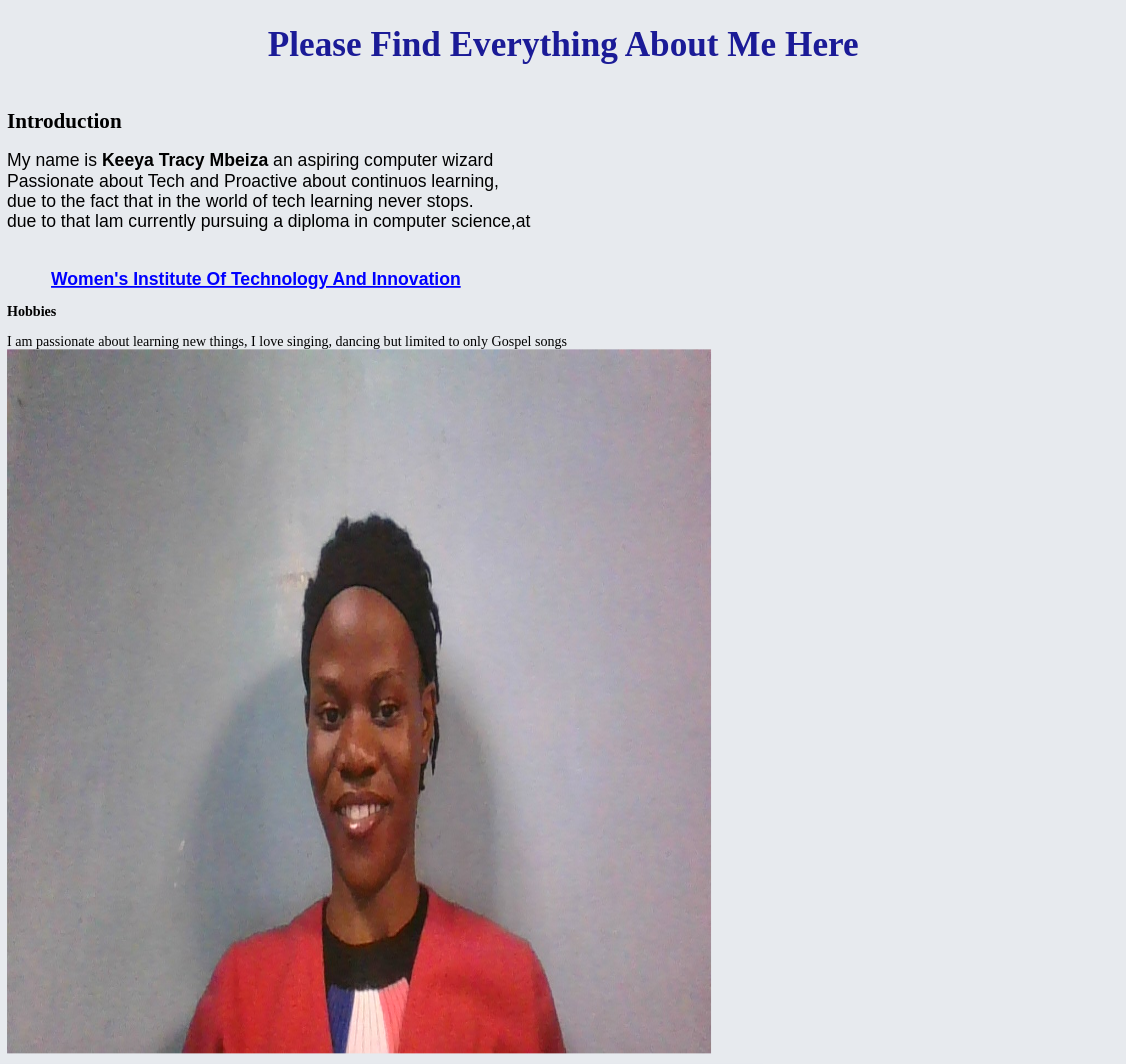
Repository: tracykeeya/my_first_web
Page: index.html
The author's editor kept a copy of each file at every save. The page is drawn from the files as they stood at one save, then again after the next save.
The browser window is 1280 px wide. The pictures show the whole page, at 88% of full size.

Above is the page before, as saved 2025-11-03 11:40:02.

After the next save:
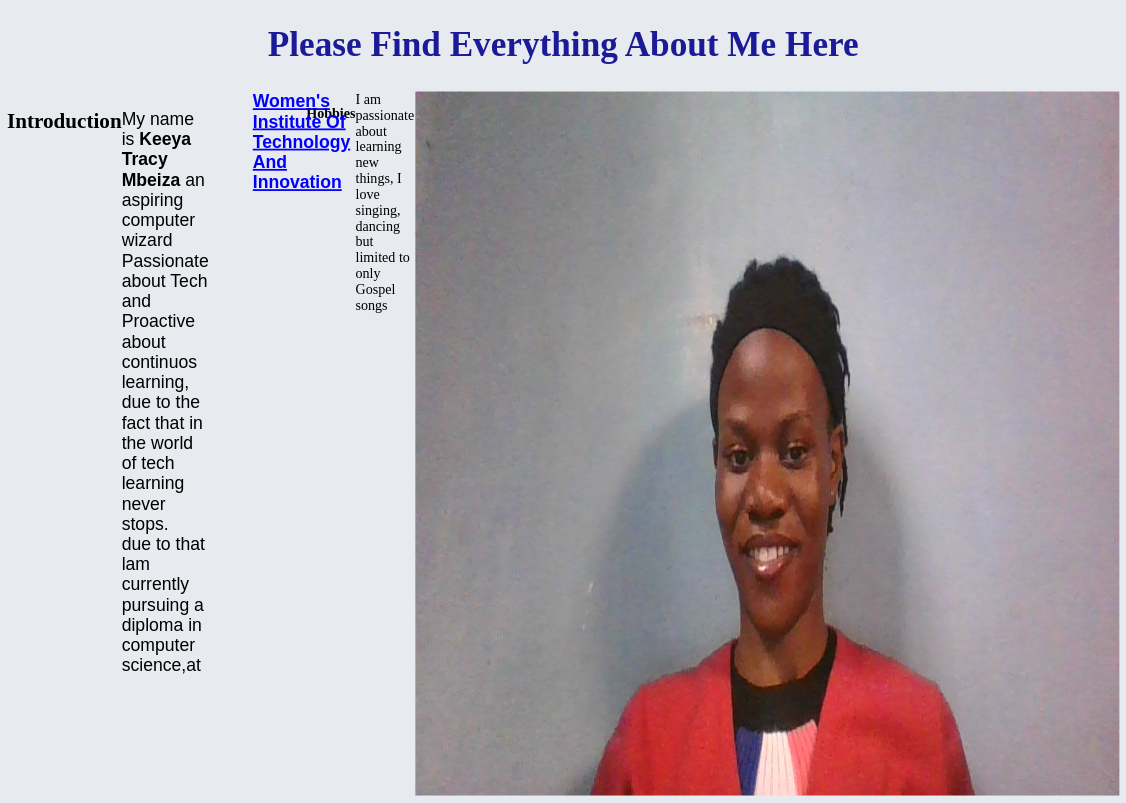
Saved 17 s later.
--- a/index.html
+++ b/index.html
@@ -11,7 +11,7 @@
     <h1 style="text-align: center; color: rgb(27, 27, 151); font-size: 40px; margin-bottom: 30px;">Please Find Everything About Me Here</h1>
 
     <!-- putting the text and the img in one section -->
-    <div style="display: flex; align-items: flex-start; justify-content: space-between;"></div>
+    <div style="display: flex; align-items: flex-start; justify-content: space-between;">
     <h2>Introduction</h2>
 
     <p style="font-size: 20px; font-family: Arial, Helvetica, sans-serif; text-align: left; color: rgb(0, 0, 0)">My name is<strong> Keeya Tracy Mbeiza</strong> an aspiring computer wizard<br>Passionate about Tech and Proactive about continuos learning,<br> due to the fact that in the world of tech learning never stops.<br> due to that lam currently pursuing a diploma in computer science,at<br>
